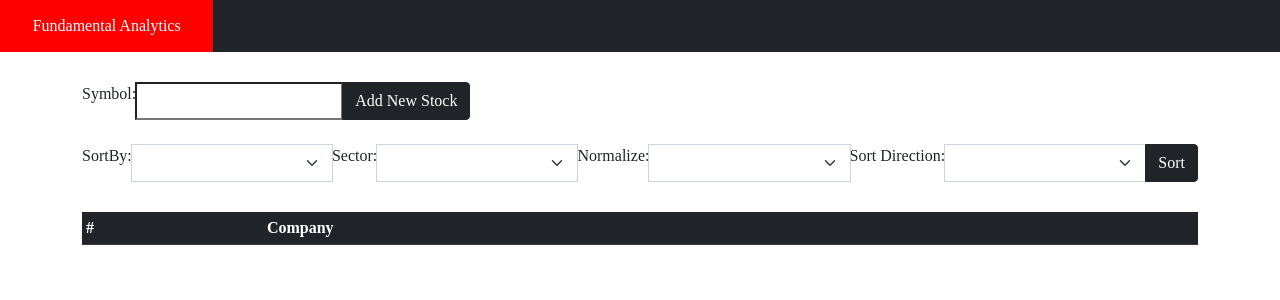
Repository: brendan12372/theSite
Page: http://localhost/
An editor plug-in stored every save of this project. The page is shown before and after a run of saves, followed by the edit.
The browser window is 1280 px wide. The pictures show the whole page.
The page is served by the project's application, run on Django 4.2 (manage.py). Other server files are loaded and not shown. Queries for data that is not in the repository find no rows.

Above is the page before, as saved 2022-03-16 18:54:26.

### stocks/templates/test2.html
<!DOCTYPE html>
{% load static %}
{% load humanize %}


<html lang="en">

<head>

    <!-- Required meta tags -->
    <meta charset="utf-8">
    <meta name="viewport" content="width=device-width, initial-scale=1, shrink-to-fit=no">

    <!-- Bootstrap CSS -->
    <link href="https://cdn.jsdelivr.net/npm/bootstrap@5.0.2/dist/css/bootstrap.min.css" rel="stylesheet" integrity="sha384-EVSTQN3/azprG1Anm3QDgpJLIm9Nao0Yz1ztcQTwFspd3yD65VohhpuuCOmLASjC" crossorigin="anonymous">

    <link rel="stylesheet" type="text/css" href="{% static 'topTen/style.css' %}">
    <!doctype html>

    <title>Fundamental Analytics</title>

</head>

<body>
    <nav class="navbar navbar-dark sticky-top bg-dark flex-md-nowrap p-0">
        <a class="navbar-brand col-sm-3 col-md-2 mr-0" href={% url 'home' %}>Fundamental Analytics</a>
    </nav>


    <div class="container">

        <form method="post">
            <div class="input-group">
                <label for="symbol">Symbol:</label>
                <input class="from" id="symbol" type="text" name="symbol" value="">
                <button type="submit" class="btn btn-dark">Add New Stock</button>

            </div><br>
            <div class="input-group">
                <label for="sortBy">SortBy:</label>
                <select class="form-select" name="sortBy" id="sortBy" aria-label="SortBy">

                    <option value={{sortBy}}> {{sortBy}} </option>
                    {% for m in ml %}
                    <option value={{m}}> {{m}} </option>
                    {% endfor %}
                </select>
                <label for="sector">Sector: </label>
                <select class="form-select" name="sector" id="sector">
                    <option value={{sector}}>{{ sector}}</option>
                    {% for k,v in sectorDict.items %}
                    <option value={{ k }}>{{v}}</option>
                    {% endfor %}
                    <option value='all'>all</option>
                </select>
                <label for="normalize">Normalize: </label>
                <select class=form-select name="normalize" id="normalize" ,aria-label="normalize">
                    <option value={{normalize}}> {{normalize}} </option>
                    <option value=True>True</option>
                    <option value=False>False</option>
                </select>
                <label for="dir">Sort Direction:</label><br>
                <select class='form-select' name="dir" id="dir">
                    <option value={{dir}}>{{dir}}</option>
                    <option value="up">up</option>
                    <option value="down">down</option>
                </select>
                <button type="submit" class="btn btn-dark">Sort</button>
            </div>
        </form>

        <article>
            <h2>{{ sortBy }}</h2>
            <p>{{info}}</p>
        </article>
        <table class="table table-dark table-sm">
            <thead>
                <tr>
                    <th scope="col">#</th>
                    <th scope="col">Company</th>
                    <th scope="col">{{sortBy}}</th>
                </tr>
            </thead>
            {% for k,v in data.items %}
            {% if sortBy == "marketCap" %}
            <tr>
                <td>{{ forloop.counter|ordinal }}</td>
                <td class="Key"><a href={{ pks }}>{{k}}</a></td>
                <td>$ {{ v|floatformat:2 }}</td>
            </tr>
            {% elif sortBy == "yearReturn" %}
            <tr>
                <td>{{ forloop.counter|ordinal }}</td>
                <td class="Key"><a href="">{{k}}</a></td>
                <td> {{ v|floatformat:2 }} %</td>
            </tr>
            {% else %}
            <tr>
                <td>{{ forloop.counter|ordinal }}</td>
                <a class="navbar-brand col-sm-3 col-md-2 mr-0" href='#'>Fundamental Analytics</a>

                <td class="Key"><a href="#">{{k}}</a></td>
                <td> {{ v|floatformat:2 }}</td>
            </tr>

            {% endif %}
            {% endfor %}
        </table>
    </div>

    <script src="https://cdn.jsdelivr.net/npm/bootstrap@5.0.2/dist/js/bootstrap.bundle.min.js" integrity="sha384-MrcW6ZMFYlzcLA8Nl+NtUVF0sA7MsXsP1UyJoMp4YLEuNSfAP+JcXn/tWtIaxVXM" crossorigin="anonymous"></script>

</body>

</html>

### stocks/serializers.py
from .models import Stock,Mysector
from rest_framework import serializers
class StockSerializer(serializers.ModelSerializer):
    class Meta:
        s = Stock('appl')
        f = []
        f = s.get_model_fields()
        fl=[]
        for m in f:
            fl.append(m.name)
        model = Stock
        fields=fl
class SectorSerializer(serializers.ModelSerializer):

    class Meta:

        model = Mysector

        fields=['name','ave']

### stocks/views.py
from rest_framework import status
from rest_framework.decorators import api_view
from rest_framework.response import Response
from stocks.models import Stock,Mysector
from stocks.serializers import StockSerializer, SectorSerializer
from pyFundamental.utils import info
from statistics import mean
from django.shortcuts import render
from django.views.decorators.csrf import csrf_exempt



def stocks_list2(request):
    stocks = Stock.objects.all()
    serializer = StockSerializer(stocks, many=True)
    context={"data":serializer.data}
    template_name="test2.html"

    return render(template_name=template_name,request=request,context=context)

@api_view(['GET', 'POST'])
def stocks_list(request,sector,sortBy,dir):
    """
    List all code snippets, or create a new snippet.
    """
    if request.method == 'GET':
        print(sector)
        if sector !='all':
            stocks = Stock.objects.filter(sector=sector)
        else:
            stocks = Stock.objects.all()
        if dir =='up':
            stocks=stocks.order_by(sortBy)
        if dir=='down':
            stocks=stocks.order_by("-"+sortBy)

        serializer = StockSerializer(stocks, many=True)
        return Response(serializer.data)

    elif request.method == 'POST':
        serializer = StockSerializer(data=request.data)
        if serializer.is_valid():
            serializer.save()
            return Response(serializer.data, status=status.HTTP_201_CREATED)
        return Response(serializer.errors, status=status.HTTP_400_BAD_REQUEST)

@api_view(['GET', 'DELETE'])
def stocks_detail(request, pk):
    """
    Retrieve, update or delete a code snippet.
    """
    try:
        stock = Stock.objects.get(pk=pk)
    except Stock.DoesNotExist:
        return Response(status=status.HTTP_404_NOT_FOUND)

    if request.method == 'GET':
        serializer = StockSerializer(stock)
        return Response(serializer.data)


    elif request.method == 'DELETE':
        stock.delete()
        return Response(status=status.HTTP_204_NO_CONTENT)




@api_view(['GET'])
def sector_list(request,sortBy,dir):
    if request.method == 'GET':
        xxx=Mysector.objects.all()

        for s in Mysector.objects.all():
            s.get_ave(sortBy)
            s.save()

        sec_list=Mysector.objects.all()
        stockL=Stock.objects.all()




        if dir=='up':
            serializer = SectorSerializer(sec_list.order_by('-ave'), many=True)
        if dir=='down':
            serializer = SectorSerializer(sec_list.order_by('ave'), many=True)

        return Response(serializer.data)



def stocks_detail2(request, pk):
    """
    Retrieve, update or delete a code snippet.
    """
    try:
        stock = Stock.objects.get(pk=pk)
    except Stock.DoesNotExist:
        return Response(status=status.HTTP_404_NOT_FOUND)

    if request.method == 'GET':
        serializer = StockSerializer(stock)

        context={"data":serializer.data}
        template_name="sd.html"

        return render(template_name=template_name,request=request,context=context)


    elif request.method == 'DELETE':
        stock.delete()
        return Response(status=status.HTTP_204_NO_CONTENT)

### tutorial/urls.py
from django.urls import path, include
from django.contrib import admin

urlpatterns = [
path('admin/', admin.site.urls),
path('', include('stocks.urls')),
path('topTen/', include('topTen.urls')),

]

### stocks/urls.py
from django.urls import path
from stocks import views
from django.contrib import admin

urlpatterns = [
    # path('stocks/', views.stocks_list),
    path('', views.stocks_list2),
    path('<int:pk>/', views.stocks_detail2),
    path('<str:sector>/<str:sortBy>/<str:dir>', views.stocks_list),
    path('sectors/<str:sortBy>/<str:dir>', views.sector_list),
    path('frontend/<int:pk>/',views.stocks_detail2, name= 'myD' )
]

### topTen/urls.py
from django.urls import path
from topTen import views
urlpatterns = [
    # path('front/', views.front_list),
    # path('front/<int:pk>/', views.stocks_detail),
    path('sector/', views.sector_view,name='sector'),
    path('home/', views.vTwo,name='sort'),
    path('',views.home,name='home'),
    path('<int:pk>/', views.detail.as_view(),name='detail'),


]

### topTen/static/topTen/style.css
 /* Navbar container */
 .theOptions{
  background-color:lightblue;
  text-align: left;
     padding-left: 10%;
}
 article{
margin-top:30px;
 }
 body{
          font-family: "Noto Serif Armenian Light";

 }
.Key{
    background-color: lightblue;
}

.theList{
  background-color:darkgrey;
  text-align: left;
  margin-top: 5px;
    font-family: "Times";
}
p{
         font-family: "Noto Serif Armenian Light";

}
 .navbar {
  overflow: hidden;
  background-color: darkgrey;
  font-family: 'Noto Serif Armenian Light';
     margin-bottom: 30px;
}
 body {
   background-color:'green'
 }

/* Links inside the navbar */
.navbar a {
  float: left;
  font-size: 16px;
  color: white;
  text-align: center;
  padding: 14px 16px;
  text-decoration: none;
}

/* The dropdown container */
.dropdown {
  float: left;
  overflow: hidden;
}

/* Dropdown button */
.dropdown .dropbtn {
  font-size: 16px;
  border: none;
  outline: none;
  color: white;
  padding: 14px 16px;
  background-color: inherit;
  font-family: inherit; /* Important for vertical align on mobile phones */
  margin: 0; /* Important for vertical align on mobile phones */
}

/* Add a red background color to navbar links on hover */
.navbar a:hover, .dropdown:hover .dropbtn {
  background-color: red;
}

/* Dropdown content (hidden by default) */
.dropdown-content {
  display: none;
  position: absolute;
  background-color: #f9f9f9;
  min-width: 160px;
  box-shadow: 0px 8px 16px 0px rgba(0,0,0,0.2);
  z-index: 1;
}

/* Links inside the dropdown */
.dropdown-content a {
  float: none;
  color: black;
  padding: 12px 16px;
  text-decoration: none;
  display: block;
  text-align: left;
}

/* Add a grey background color to dropdown links on hover */
.dropdown-content a:hover {
  background-color: #ddd;
}

/* Show the dropdown menu on hover */
.dropdown:hover .dropdown-content {
  display: block;
}
label {
  ;
}

### stocks/templates/test3.html
<!DOCTYPE html>
{% load static %}
{% load humanize %}


<html lang="en">

<head>

    <!-- Required meta tags -->
    <meta charset="utf-8">
    <meta name="viewport" content="width=device-width, initial-scale=1, shrink-to-fit=no">

    <!-- Bootstrap CSS -->
    <link href="https://cdn.jsdelivr.net/npm/bootstrap@5.0.2/dist/css/bootstrap.min.css" rel="stylesheet" integrity="sha384-EVSTQN3/azprG1Anm3QDgpJLIm9Nao0Yz1ztcQTwFspd3yD65VohhpuuCOmLASjC" crossorigin="anonymous">

    <link rel="stylesheet" type="text/css" href="{% static 'topTen/style.css' %}">
    <!doctype html>

    <title>Fundamental Analytics</title>

</head>

<body>
    <nav class="navbar navbar-dark sticky-top bg-dark flex-md-nowrap p-0">
        <a class="navbar-brand col-sm-3 col-md-2 mr-0" href={% url 'home' %}>Fundamental Analytics</a>
    </nav>


    <div class="container">



        <table class="table table-dark table-sm">
            <thead>
                <tr>
                    <th scope="col">#</th>
                    <th scope="col">Company</th>
                    <th scope="col">{{sortBy}}</th>
                </tr>
            </thead>
            {% for k,v in data.items %}
            <tr>
                <td>k</td>
                <td>v</td>
            </tr>




        </table>
    </div>

    <script src="https://cdn.jsdelivr.net/npm/bootstrap@5.0.2/dist/js/bootstrap.bundle.min.js" integrity="sha384-MrcW6ZMFYlzcLA8Nl+NtUVF0sA7MsXsP1UyJoMp4YLEuNSfAP+JcXn/tWtIaxVXM" crossorigin="anonymous"></script>

</body>

</html>

Loaded but not shown: pyFundamental/utils.py (484 lines, source omitted)

After the next 3 saves:
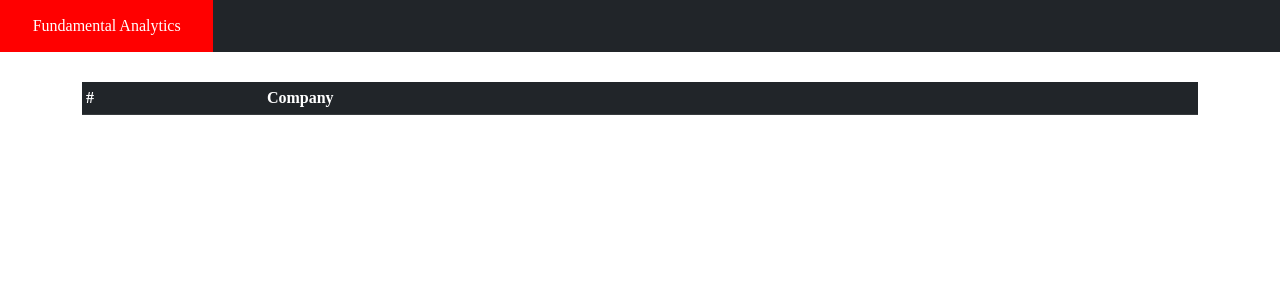
The 3 saves are shown as one change because 2 did not build or start.
The last was saved 86 s later.
--- a/stocks/views.py
+++ b/stocks/views.py
@@ -14,7 +14,7 @@ def stocks_list2(request):
     stocks = Stock.objects.all()
     serializer = StockSerializer(stocks, many=True)
     context={"data":serializer.data}
-    template_name="test2.html"
+    template_name="test3.html"
 
     return render(template_name=template_name,request=request,context=context)
 
--- a/stocks/templates/test3.html
+++ b/stocks/templates/test3.html
@@ -44,6 +44,7 @@
                 <td>k</td>
                 <td>v</td>
             </tr>
+            {% endfor %}
 
 
 
